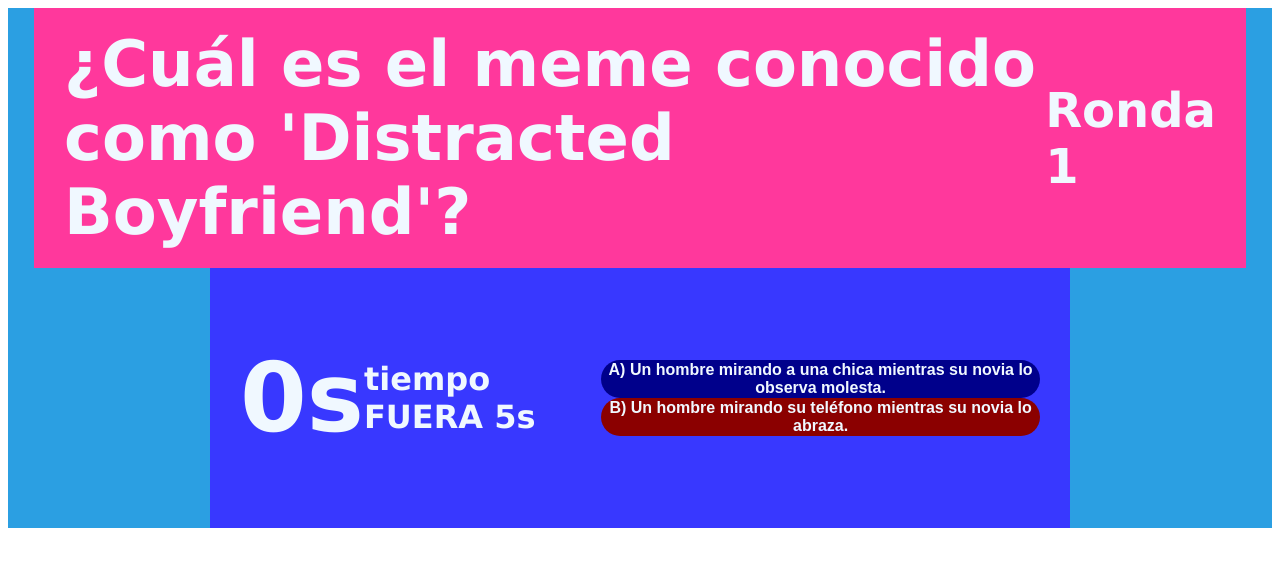
Repository: eschala/Proyecto_Clonaci-n_Kahoot_2023-2
Page: Borrador_Samir_Kahoot_NEW/Prueaba_Validar.html
An editor plug-in stored every save of this project. The page is shown before and after the next save, followed by the edit.
The browser window is 1280 px wide. The pictures show the whole page.

Above is the page before, as saved 2023-11-29 15:20:38.

### Borrador_Samir_Kahoot_NEW/Prueaba_Validar.html
<!DOCTYPE html>
<html lang="en">

<head>
    <meta charset="UTF-8">
    <meta name="viewport" content="width=device-width, initial-scale=1.0">
    <title>Document</title>
    <style>

    </style>
    <link rel="stylesheet" href="stylePrueba.css">

</head>

<body>
    <div class="container">

        <div class="sectionContainer">

            <h1 class="tituloClass">
                pregunta
            </h1>
            <h2 class="aviso">
                ()
            </h2>

            <div class="section_Buttons">
                <div class="btn_content"><button type="button" class="btn_1 botones">opcion A</button></div>
                <div class="btn_content"><button type="button" class="btn_2 botones">opcion B</button></div>



        </div>
            </div>
            <div class="sectionContainer_2">

                <h1 class="Pregunta_S">insertar pregunta</h1>
                <h1 class="aviso_S">aviso</h1>
            </div>

    </div>

    <script src="respuesta_VALIDAR.js"></script>
</body>

</html>

### Borrador_Samir_Kahoot_NEW/stylePrueba.css
.container {
    font-family: Verdana, Geneva, Tahoma, sans-serif;

    width: 100%;
    height: 100%;
    background-color: rgb(43, 159, 226);

    display: flex;
    flex-direction: column;

    align-items: center;
    justify-content: center;

}

.sectionContainer {

    height: 200px;
    width: 800px;

    background-color: rgb(56, 56, 255);

    display: flex;
    justify-content: space-between;
    align-items: center;
    color: aliceblue;

    font-size: 3rem;
    padding: 30px;

    order: 1;
}
.sectionContainer_2 {

    height: 200px;
    width: 90vw;

    background-color: rgb(255, 56, 156);

    display: flex;
    justify-content: space-between;
    align-items: center;
    color: aliceblue;

    font-size: 3rem;
    padding: 30px;

    order: 0;
}

.sub_Container_2 {

    height: 200px;
    width: 800px;

    background-color: red;

    display: flex;

}

.btn_content {
    max-width: ;
    display: flex;

    align-items: center;
    justify-content: center;

    cursor: pointer;
}

.btn_1 {


    background-color:darkblue;
}

.btn_2 {


    background-color:darkred;
}

.botones:hover{

    opacity: 50%;
    cursor: pointer;
}

.botones{

    font-weight: 700;


    color:aliceblue;
    font-size: 1rem;
    cursor: pointer;

    border-radius: 20px;
    border: 0px;
}

.aviso_S{
    font-family: Verdana, Geneva, Tahoma, sans-serif;
    font-size: 3rem;
}
.Pregunta_S{
    font-size: 4rem;
}

### Borrador_Samir_Kahoot_NEW/respuesta_VALIDAR.js
const container_E=document.querySelector(".container");
const sectionContainer_E=document.querySelector(".sectionContainer");
const sub_Container_2_E=document.querySelector(".sub_Container_2");
const btn_1_E=document.querySelector(".btn_1");
const btn_2_E=document.querySelector(".btn_2");
const h2_E=document.querySelector(".aviso");
const tituloClass_E=document.querySelector(".tituloClass");

/* const container_element=".container";
const sectionContainer_element=".sectionContainer";
const sub_Container_2_element=".sub_Container_2";
const btn_1_element=".btn_1";
const btn_2_element=".btn_2";
const h2_element=".aviso";
const tituloClass_element=".tituloClass";

container_element=document.querySelector(container_element);
sectionContainer_element=document.querySelector(sectionContainer_element);
sub_Container_2_element=document.querySelector(sub_Container_2_element);
btn_1_element=document.querySelector(btn_1_element);
btn_2_element=document.querySelector(btn_2_element);
h2_element=document.querySelector(h2_element);
tituloClass_element=document.querySelector(tituloClass_element);
 */
   var contar_S=0;
   var contar_R=0;
   var vacio=0;
var segundos =5;

var contar_2=0;
const intervalo=1000;

const pregunta_E=document.querySelector(".Pregunta_S");
const aviso_E=document.querySelector(".aviso_S");

h2_E.style.display="block";
h2_E.style.fontSize="2rem";

var funcionPrueba=()=>{



    segundos--;


    tituloClass_E.innerHTML=segundos+ "s";


    if(segundos==contar_R){

    contar_S++;
    vacio=contar_S-1;

        clearInterval(timeRunning);
        segundos=5;
        activateTimeOUT();
        contar_2++;
        h2_E.innerHTML="tiempo FUERA 5s";aviso_E.innerHTML="Ronda "+contar_S;

        if(contar_S==3){

            contar_S=0;
        }
    }
    else{
        h2_E.innerHTML="";

    }



    pregunta_E.innerHTML=preguntas_String[vacio]

    btn_1_E.innerHTML=respuesta_Correcta_String[vacio]
    btn_2_E.innerHTML=respuesta_String[vacio]


}





/* const timeOuter = function (){

}  */

const activateTime=()=>{
timeRunning = setInterval(funcionPrueba,intervalo);
}
const activateTimeOUT=()=>{
tiempoFuera = setTimeout(activateTime,intervalo*segundos);
}
activateTime();







const preguntas_String = [
    "¿Cuál es el meme conocido como 'Distracted Boyfriend'?",
    "¿Qué animal es el protagonista del meme 'Surprised Pikachu'?",
    "¿Quién es el protagonista del meme 'Hide the Pain Harold'?"
  ];

  const respuesta_String = [
    [ "B) Un hombre mirando su teléfono mientras su novia lo abraza."],
    ["A) Un gato."],
    [ "B) Un actor famoso."]
  ];

  const respuesta_Correcta_String = [
    "A) Un hombre mirando a una chica mientras su novia lo observa molesta.",
    "B) Un Pokémon.",
    "A) Un modelo de stock photography."];

After the next save:
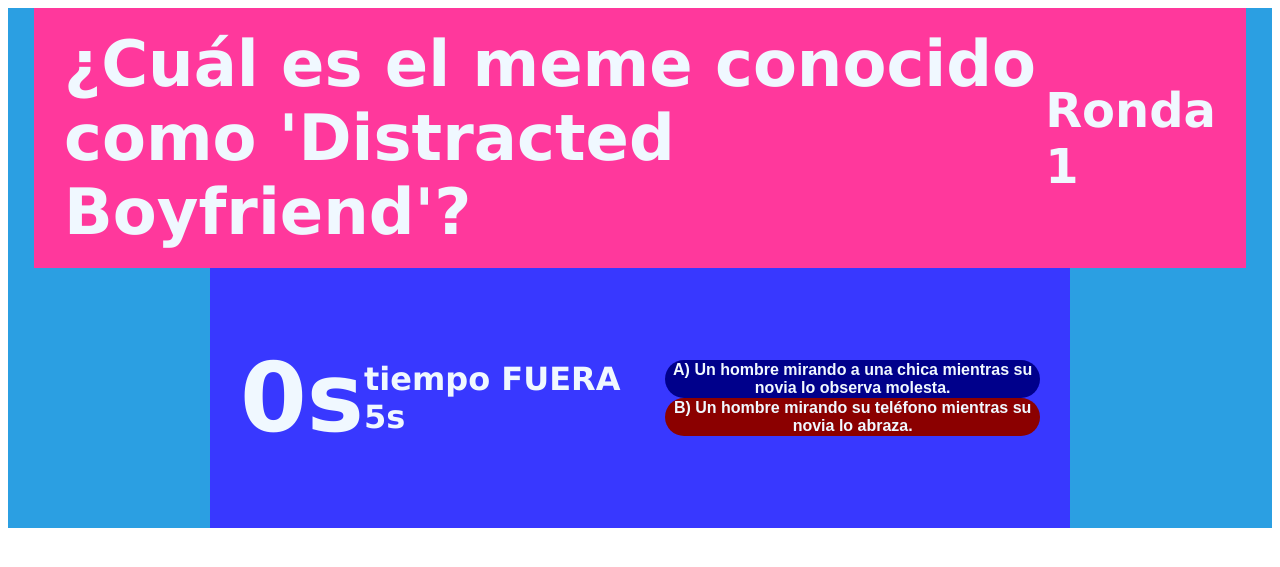
Saved 6 s later.
--- a/Borrador_Samir_Kahoot_NEW/stylePrueba.css
+++ b/Borrador_Samir_Kahoot_NEW/stylePrueba.css
@@ -60,7 +60,7 @@
 }
 
 .btn_content {
-    max-width: ;
+    max-width: 30vw;
     display: flex;
 
     align-items: center;
